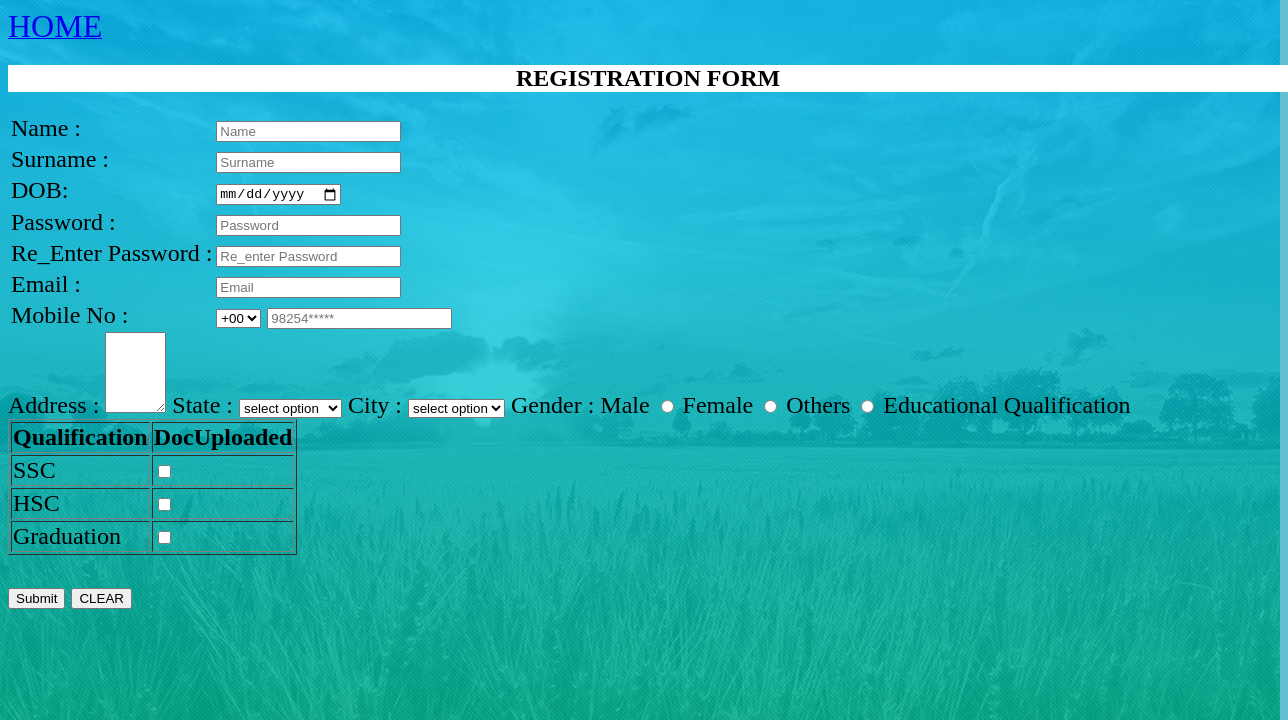
Repository: AJEET006/AdvanceJava-DSA
Page: ADVANCE_JAVA/HW_Example/WebContent/RegistrationForm.html
The author's editor kept a copy of each file at every save. The page is drawn from the files as they stood at one save, then again after the next save.
The browser window is 1280 px wide. The page is 1288 px wide, so the pictures cover 1288 px, including what lies to the right of the window. The pictures show the whole page.

Above is the page before, as saved 2022-06-22 03:21:41.

After the next save:
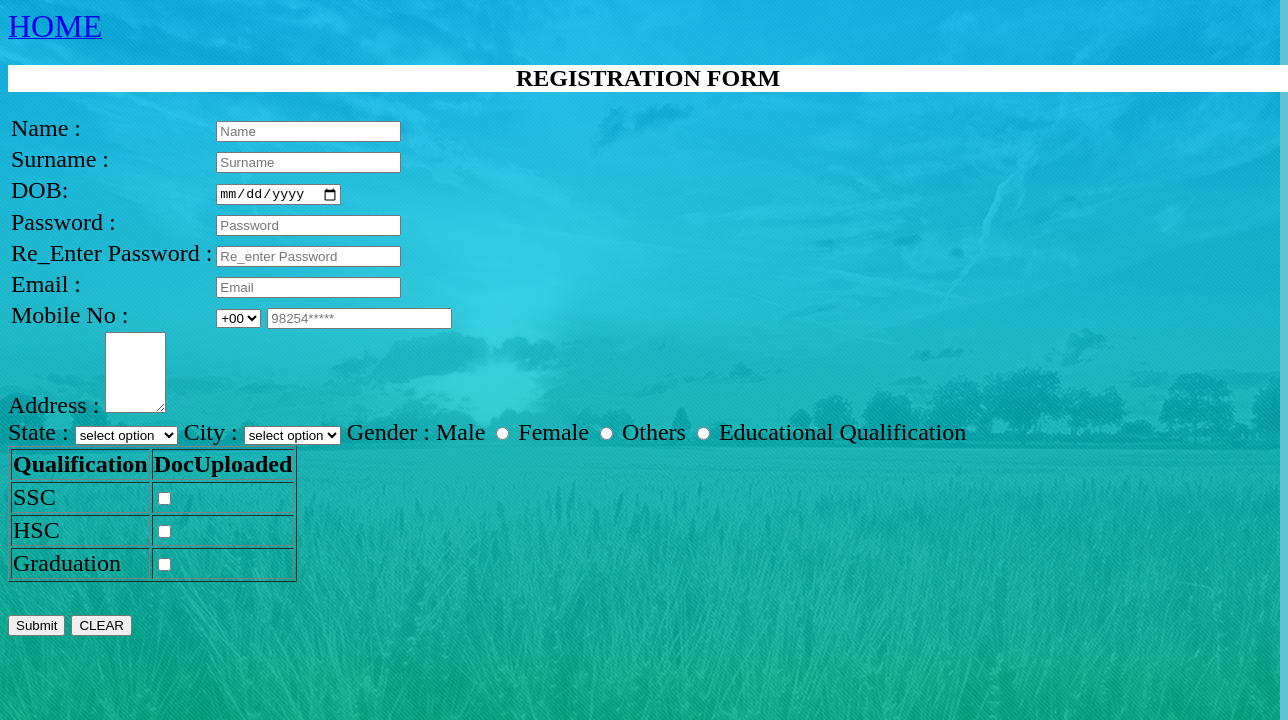
Saved 67 s later.
--- a/ADVANCE_JAVA/HW_Example/WebContent/RegistrationForm.html
+++ b/ADVANCE_JAVA/HW_Example/WebContent/RegistrationForm.html
@@ -63,7 +63,7 @@
 							<option>+96</option>
 							<option>+97</option>
 					</select>
-					<input type="MobileNo" placeholder="98254*****" name="">
+					<input type="Mobile No" placeholder="98254*****" name="">
 				</td>
 			</tr>
 
@@ -72,7 +72,7 @@
 		<font size="5">
 			Address :
 			<textarea rows="5" cols="5"></textarea>
-		</font>
+		</font><br>
 		<font size="5">
 			State :
 			<select name="State">
